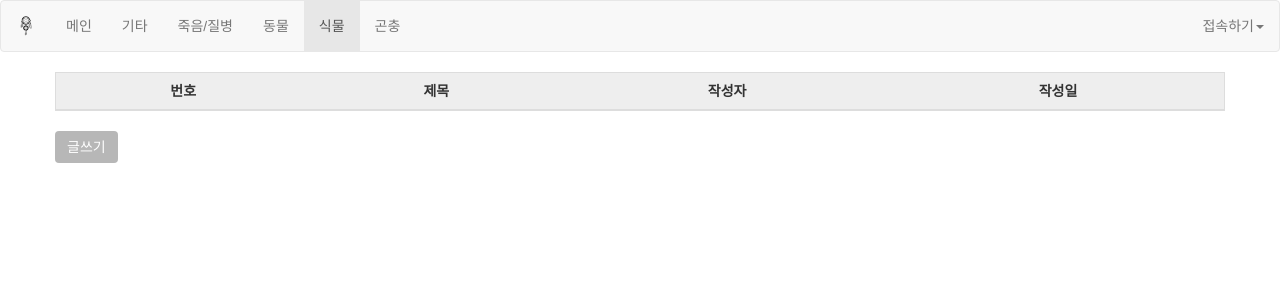
Repository: tjshee39/-1-2
Page: http://localhost/BBS/bbsPlant_Admin.jsp
These files come from the project's save history. The page is drawn as it stood at one moment and after the next save; the edit follows.
The browser window is 1280 px wide. The pictures show the whole page.
Some web fonts or font styles are not loaded; a fallback is used. The page is served by Tomcat 9. Queries for data that is not in the repository find no rows.

Above is the page before, as saved 2020-06-29 13:05:17.

After the next save:
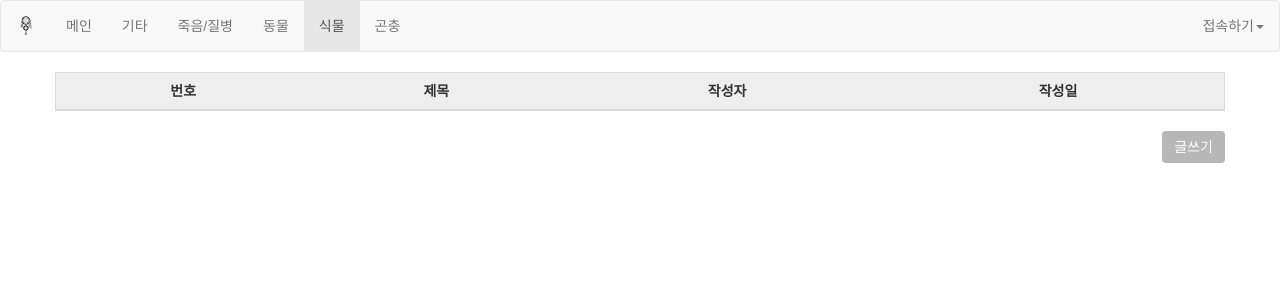
Saved 2 min 2 s later.
--- a/project/BBS/WebContent/bbsPlant_Admin.jsp
+++ b/project/BBS/WebContent/bbsPlant_Admin.jsp
@@ -135,7 +135,7 @@
 
 				<!-- 회원만 넘어갈 수 있음 -->
 				<%
-					if (session.getAttribute("userID")!= null) {
+					if ((String)session.getAttribute("userID")!= "gksh054") {
 				%>
 					<a href="writePlant.jsp" class="btn btn-primary pull-right"
 					style="background-color:#b7b7b7; border:0;">글쓰기</a>
